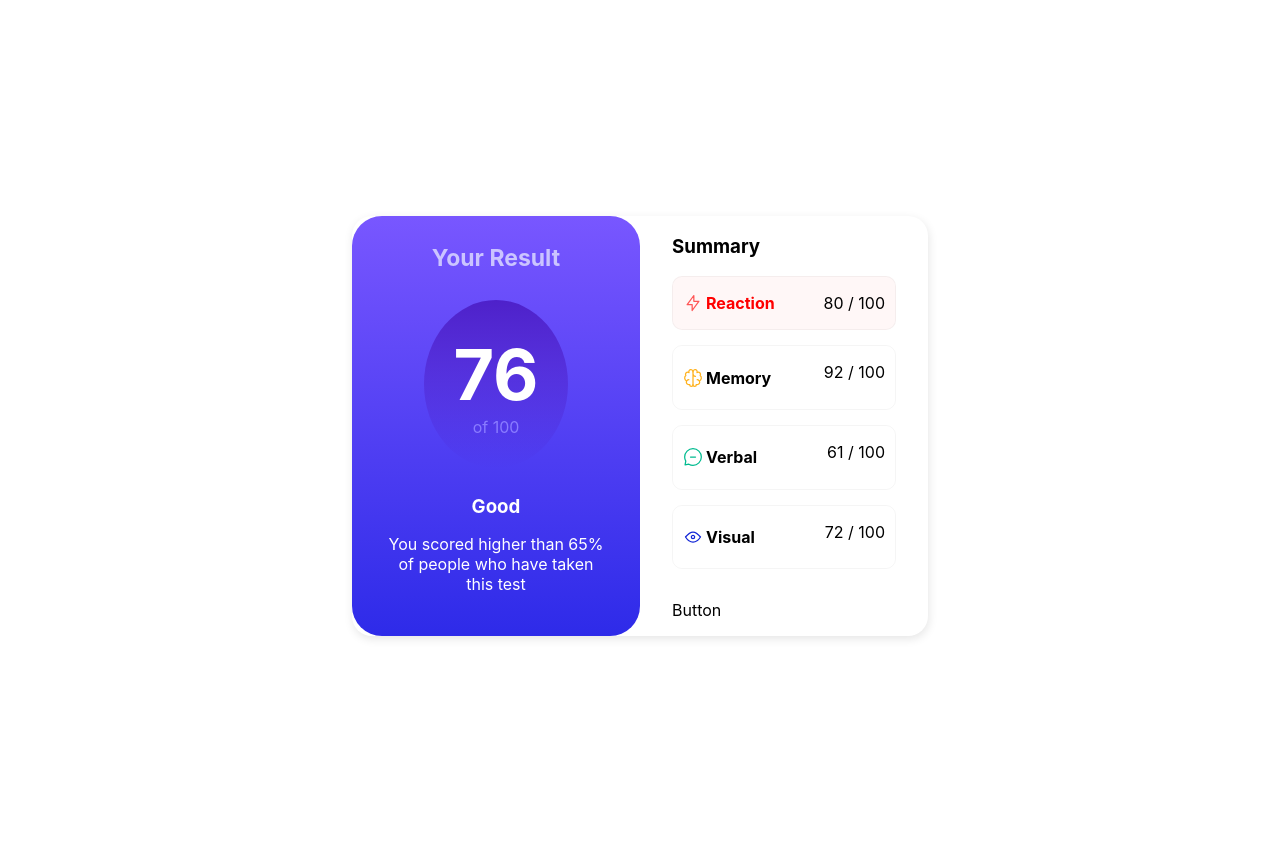
Repository: JeanPaulBassil/Result-Summary-Design
Page: /
The author's editor kept a copy of each file at every save. The page is drawn from the files as they stood at one save, then again after a run of saves.
The browser window is 1280 px wide. The pictures show the whole page.
The project was rebuilt for these pictures with package versions that can differ from the ones it lists, and the page was loaded fresh each time.

Above is the page before, as saved 2023-02-24 17:50:21.

After the next 2 saves:
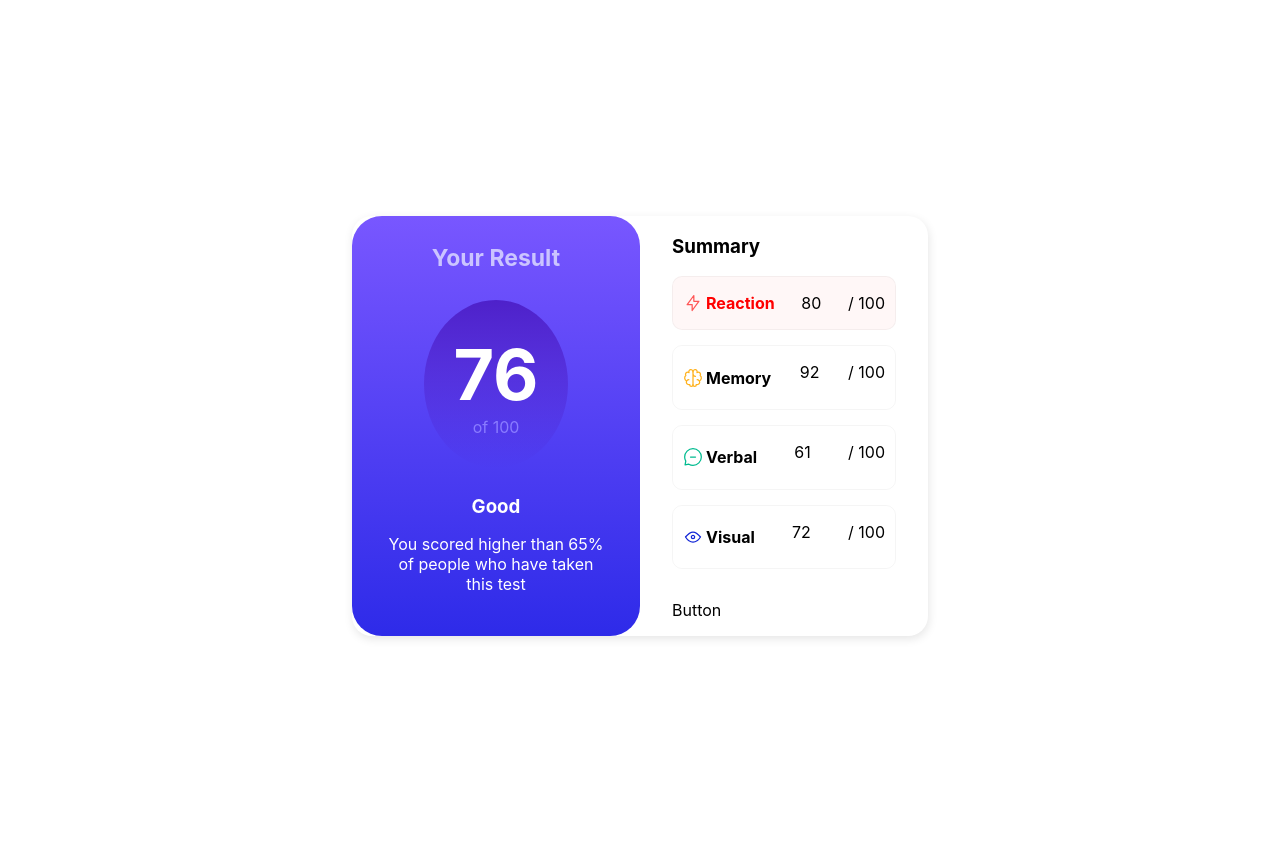
The 2 saves are shown as one change because they came seconds apart.
The last was saved 33 s later.
--- a/src/Components/Summary/Summary.js
+++ b/src/Components/Summary/Summary.js
@@ -9,7 +9,8 @@ export default function Summary() {
                     <img className="icon" src={part.icon} alt={part.category}/>
                     <h4>{part.category}</h4>
                 </div>
-                <p>{part.score} / 100</p>
+                <p>{part.score}</p>
+                <p>/ 100</p>
             </div>
         )
     })
